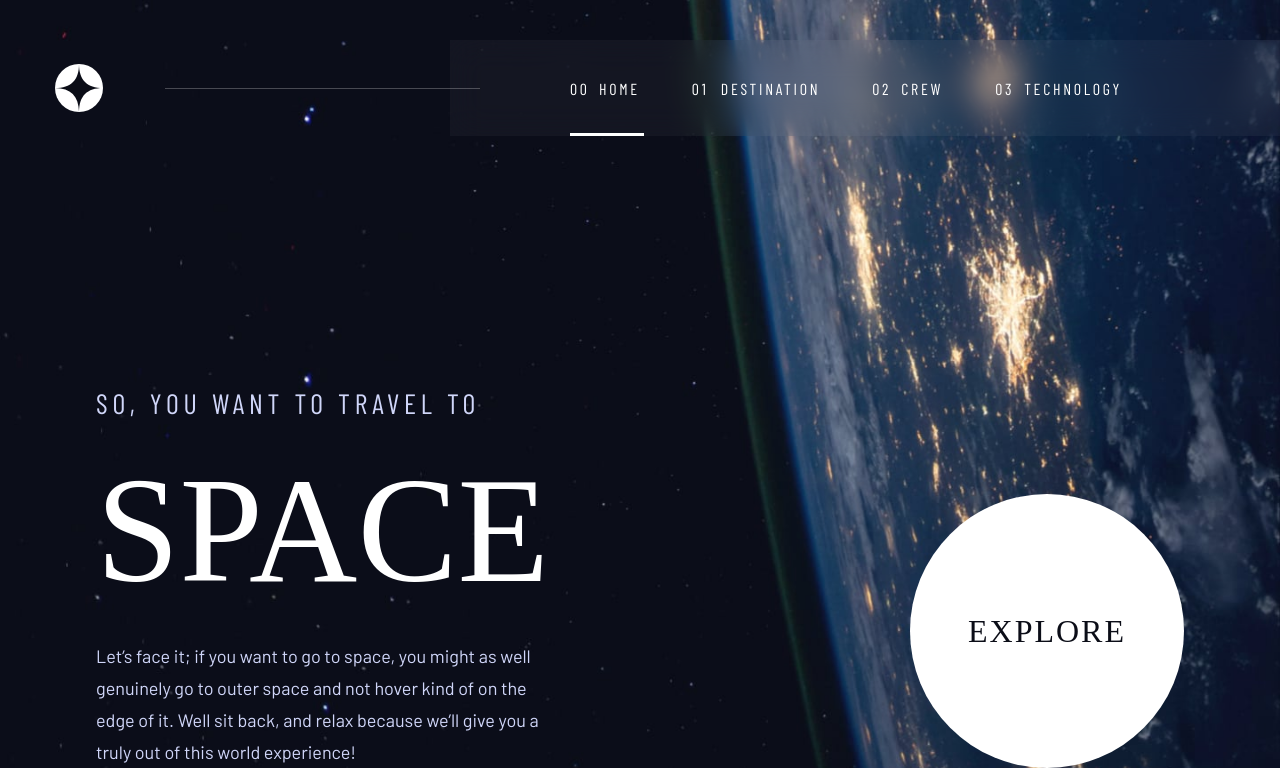
Repository: devbastos/turismo-no-espaco
Page: index.html
An editor plug-in stored every save of this project. The page is shown before and after the next save, followed by the edit.
The browser window is 1280 px wide. The pictures show the whole page.
Some web fonts or font styles are not loaded; a fallback is used.

Above is the page before, as saved 2022-01-31 16:00:57.

After the next save:
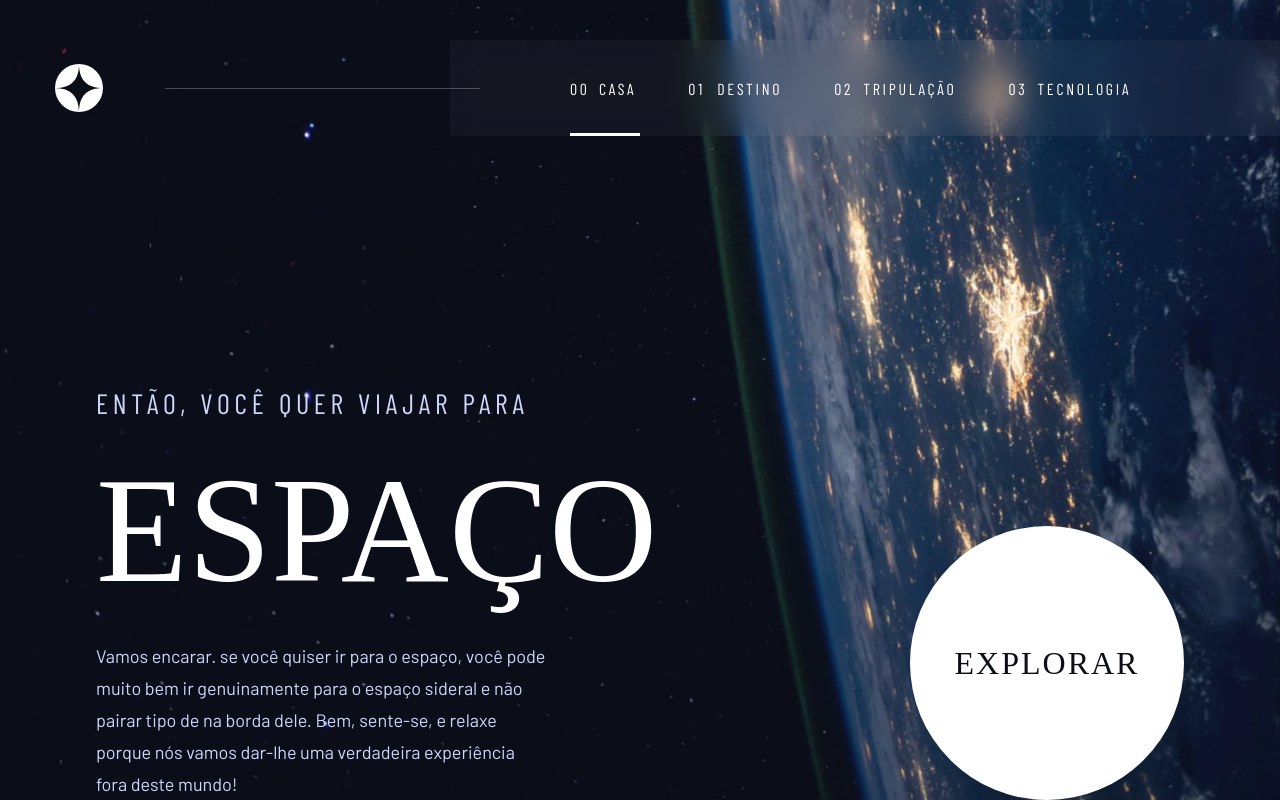
Saved 36 min 48 s later.
--- a/index.html
+++ b/index.html
@@ -17,10 +17,10 @@
     </div>
     <div class="header-menu">
       <ul class="header-menu__items">
-        <li class="header-menu__item active"><a href="./index.html">Home</a></li>
-        <li class="header-menu__item"><a href="./destination.html">Destination</a></li>
-        <li class="header-menu__item"><a href="./crew.html">Crew</a></li>
-        <li class="header-menu__item"><a href="./technology.html">Technology</a></li>
+        <li class="header-menu__item active"><a href="./index.html">Casa</a></li>
+        <li class="header-menu__item"><a href="./destination.html">Destino</a></li>
+        <li class="header-menu__item"><a href="./crew.html">Tripulação</a></li>
+        <li class="header-menu__item"><a href="./technology.html">Tecnologia</a></li>
       </ul>
     </div>
     <button class="hamburger">
@@ -31,12 +31,12 @@
     <section class="intro">
       <div class="container">
         <div class="intro-content">
-          <h5>So, you want to travel to</h5>
-          <h1>Space</h1>
-          <p>Let’s face it; if you want to go to space, you might as well genuinely go to outer space and not hover kind of on the edge of it. Well sit back, and relax because we’ll give you a truly out of this world experience!</p>
+          <h5>ENTÃO, VOCÊ QUER VIAJAR PARA</h5>
+          <h1>ESPAÇO</h1>
+          <p>Vamos encarar. se você quiser ir para o espaço, você pode muito bem ir genuinamente para o espaço sideral e não pairar tipo de na borda dele. Bem, sente-se, e relaxe porque nós vamos dar-lhe uma verdadeira experiência fora deste mundo!</p>
         </div>
         <div class="intro-cta">
-          <a href="./destination.html" class="intro-cta__btn">Explore</a>
+          <a href="./destination.html" class="intro-cta__btn">Explorar</a>
         </div>
       </div>
     </section>
